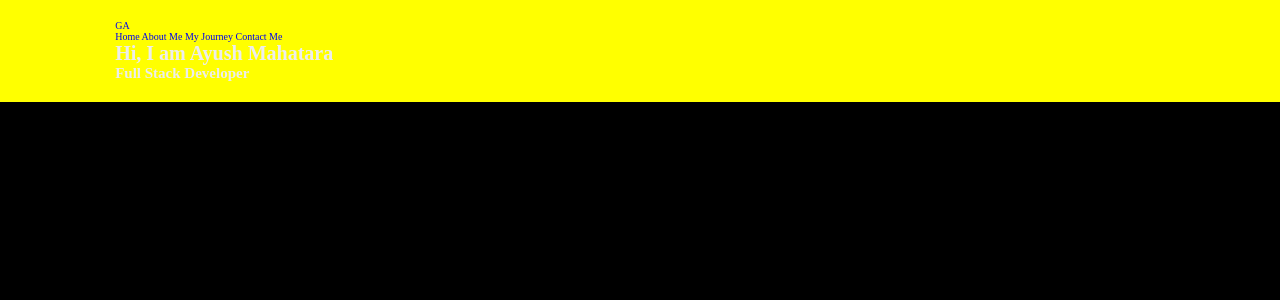
Repository: AyushMahatara/personal-website
Page: New folder/index.html
These files come from the project's save history. The page is drawn as it stood at one moment and after the next save; the edit follows.
The browser window is 1280 px wide. The pictures show the whole page.

Above is the page before, as saved 2023-08-09 23:15:36.

After the next save:
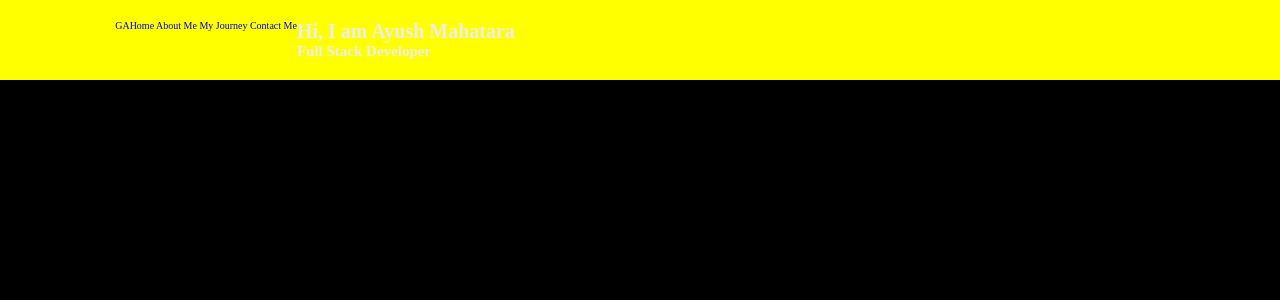
Saved 55 s later.
--- a/New folder/style.css
+++ b/New folder/style.css
@@ -31,4 +31,6 @@ body {
   width: 100%;
   padding: 2rem 9%;
   background: yellow;
+  display: flex;
+  justify-content: ;
 }
